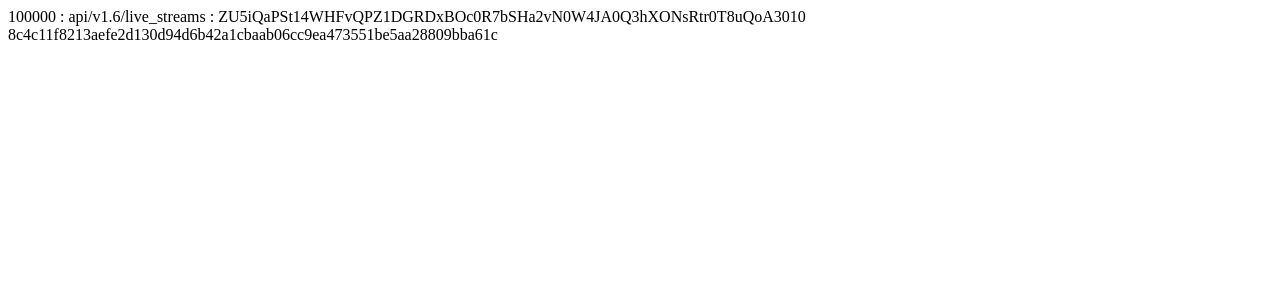
Repository: junhyeongShin/comunity_app
Page: http://localhost/Broadcast/curl copy.php
An editor plug-in stored every save of this project. The page is shown before and after the next save, followed by the edit.
The browser window is 1280 px wide. The pictures show the whole page.
The page is run by PHP 8.4 with error messages shown; the project is at /var/www/html/.

Above is the page before, as saved 2021-05-28 13:37:38.

### Broadcast/curl copy.php
<?php

$timestamp = 100000;
$path = "api/v1.6/live_streams";
$wscApiKey = "ZU5iQaPSt14WHFvQPZ1DGRDxBOc0R7bSHa2vN0W4JA0Q3hXONsRtr0T8uQoA3010";

$hmacData = ($timestamp.' : '.$path.' : '.$wscApiKey);
echo $hmacData;
echo '<br>';

$hash_key = hash_hmac('sha256',$hmacData,$wscApiKey,false);
echo $hash_key;
echo '<br>';


// $hex = hex2bin($hash_key);

// echo $hex;


?>

After the next save:
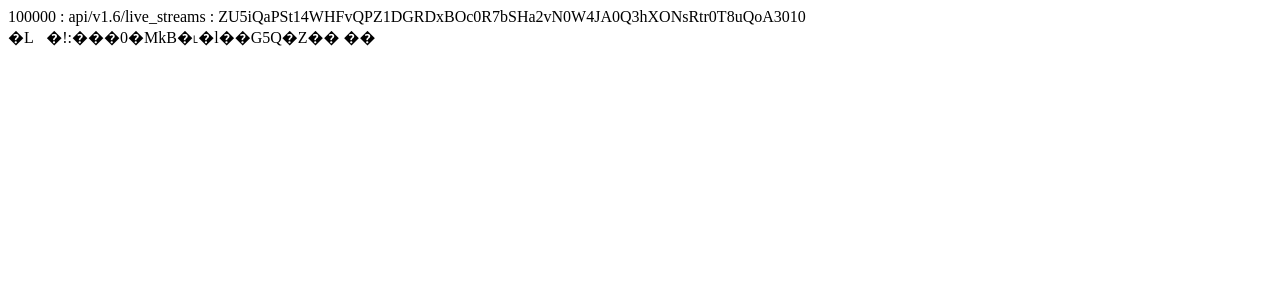
Saved 10 s later.
--- a/Broadcast/curl copy.php
+++ b/Broadcast/curl copy.php
@@ -8,7 +8,7 @@ $hmacData = ($timestamp.' : '.$path.' : '.$wscApiKey);
 echo $hmacData;
 echo '<br>';
 
-$hash_key = hash_hmac('sha256',$hmacData,$wscApiKey,false);
+$hash_key = hash_hmac('sha256',$hmacData,$wscApiKey,true);
 echo $hash_key;
 echo '<br>';
 
